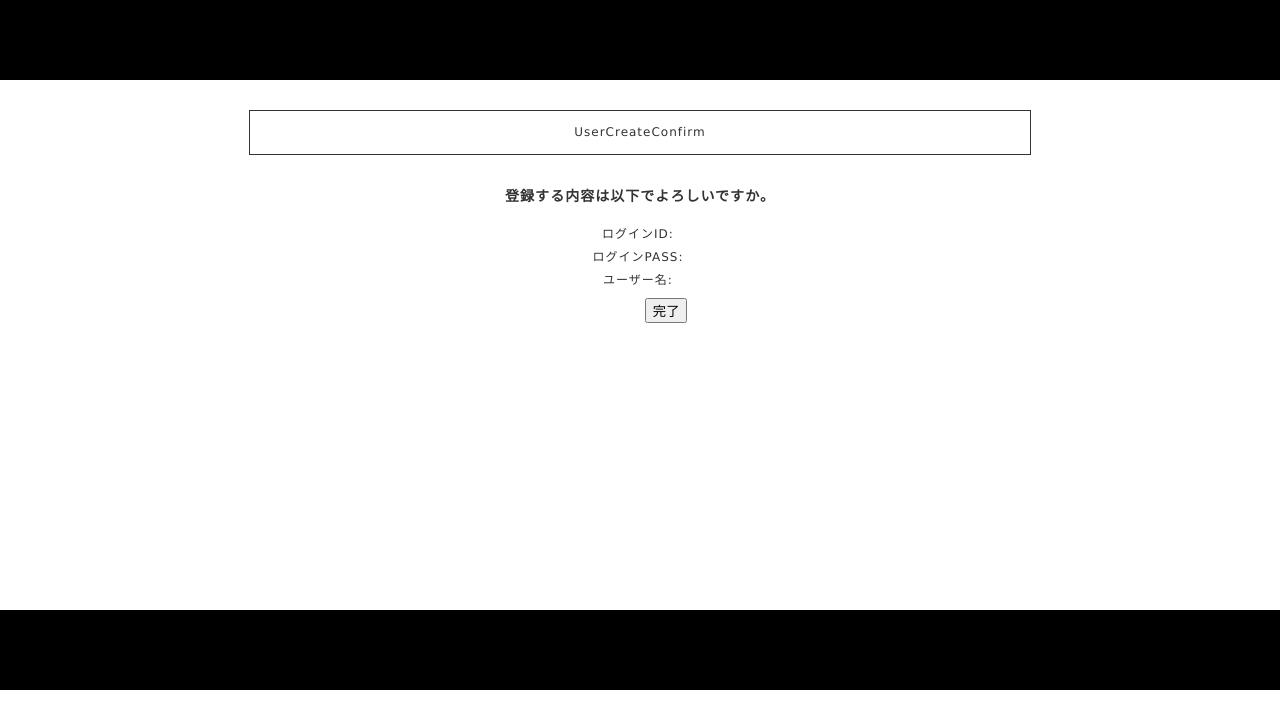
Repository: ryuhei0204/test
Page: http://localhost/ecsite02/buyItemConfirm.jsp
An editor plug-in stored every save of this project. The page is shown before and after the next save, followed by the edit.
The browser window is 1280 px wide. The pictures show the whole page.
The page is served by Tomcat 9. Other server files are loaded and not shown.

Above is the page before, as saved 2019-05-23 05:05:55.

### ecsite02/WebContent/buyItemConfirm.jsp
<%@ page language="java" contentType="text/html; charset=UTF-8"
    pageEncoding="UTF-8"%>
<%@ taglib prefix="s" uri="/struts-tags" %>
<!DOCTYPE html>
<html>
<head>
<meta  http-equiv="Content-Type" content="text/html; charset=UTF-8"/>
<meta  http-equiv="Content-Style-Type" content="text/css"/>
<meta  http-equiv="Content-Script-Type" content="text/javascript"/>
<meta  http-equiv="imagetoolbar" content="no"/>
<meta name="description" content=""/>
<meta name="keywords" content=""/>
<title>UserCreateComfirm画面</title>

<style type="text/css">

  body{
    margin:0;
    padding:0;
    line-height:1.6;
    letter-spacing:1px;
    font-family:Verdana,Helvetica,sans-serif;
    font-size:12px;
    color:#333;
    background:#fff;
  }

  table{
    text-align:center;
    margin:0 auto;
  }


  #top{
    width:780px;
    margin:30px auto;
    border:1px solid #333;
  }

  #header{
    width:100%;
    height:80px;
    background-color:black;
  }

  #main{
    width:100%;
    height:500px;
    text-align:center;
  }

  #footer{
    width:100%;
    height:80px;
    background-color:black;
    clear:both;
  }
  </style>
</head>
<body>
   <div id="header">
      <div id="pr">
      </div>
   </div>
   <div id="main">
      <div id="top">
         <p>UserCreateConfirm</p>
      </div>
      <div>
         <h3>登録する内容は以下でよろしいですか。</h3>
         <table>
            <s:form action="UserCreateCompleteAction">
            <tr id="box">
               <td>
                  <label>ログインID:</label>
               </td>
               <td>
                  <s:property value="loginUserId" escape="false"/>
               </td>
            </tr>
            <tr id="box">
               <td>
                  <label>ログインPASS:</label>
               </td>
               <td>
                  <s:property value="loginPassword" escape="false"/>
               </td>
            </tr>
            <tr id="box">
               <td>
                  <label>ユーザー名:</label>
               </td>
               <td>
                  <s:property value="userName" escape="false"/>
               </td>
            </tr>
            <tr>
               <td>
                  <s:submit value="完了"/>
               </td>
            </tr>
         </s:form>
         </table>
      </div>
   </div>
   <div id="footer">
      <div id="pr">
      </div>
   </div>
</body>
</html>

After the next save:
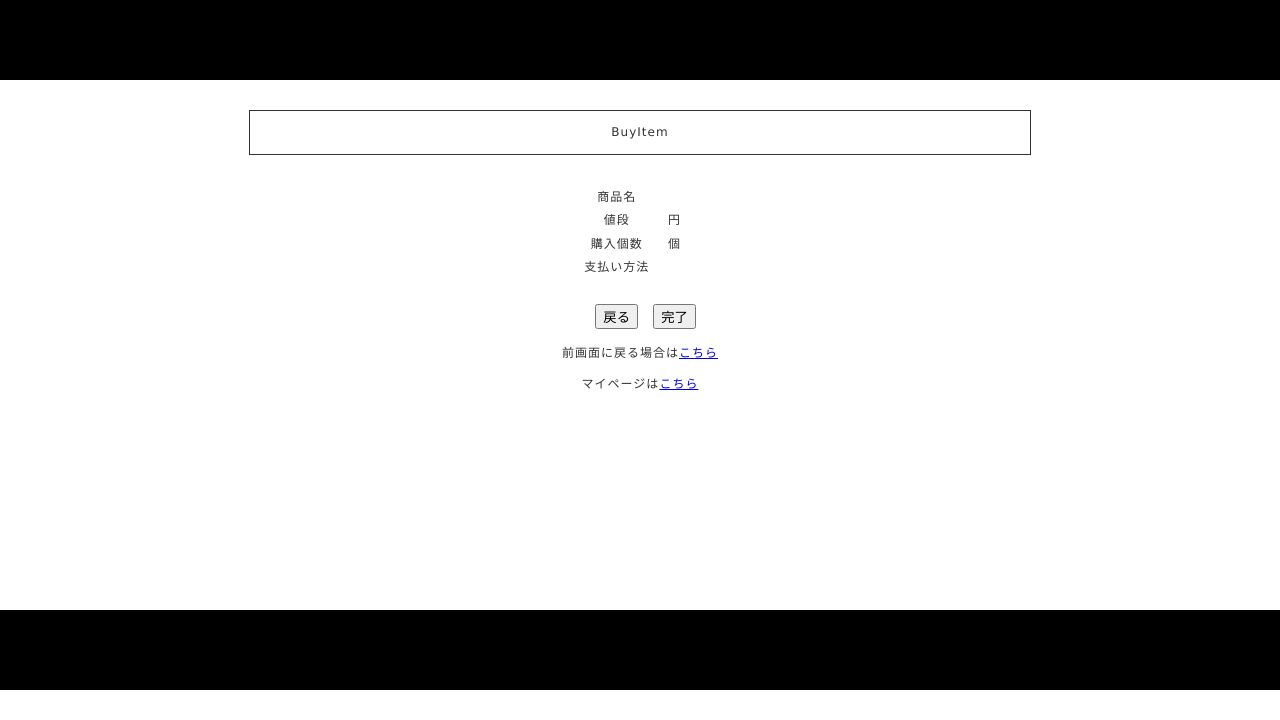
Saved 28 min 55 s later.
--- a/ecsite02/WebContent/buyItemConfirm.jsp
+++ b/ecsite02/WebContent/buyItemConfirm.jsp
@@ -10,7 +10,7 @@
 <meta  http-equiv="imagetoolbar" content="no"/>
 <meta name="description" content=""/>
 <meta name="keywords" content=""/>
-<title>UserCreateComfirm画面</title>
+<title>BuyItemConfirm画面</title>
 
 <style type="text/css">
 
@@ -56,56 +56,59 @@
     clear:both;
   }
   </style>
+  <script type="text/javascript">
+        function submitAction(url){
+        	$('form').attr('action',url);
+        	$('form').submit();
+        }
+  </script>
 </head>
 <body>
-   <div id="header">
-      <div id="pr">
-      </div>
-   </div>
-   <div id="main">
-      <div id="top">
-         <p>UserCreateConfirm</p>
-      </div>
-      <div>
-         <h3>登録する内容は以下でよろしいですか。</h3>
-         <table>
-            <s:form action="UserCreateCompleteAction">
-            <tr id="box">
-               <td>
-                  <label>ログインID:</label>
-               </td>
-               <td>
-                  <s:property value="loginUserId" escape="false"/>
-               </td>
-            </tr>
-            <tr id="box">
-               <td>
-                  <label>ログインPASS:</label>
-               </td>
-               <td>
-                  <s:property value="loginPassword" escape="false"/>
-               </td>
-            </tr>
-            <tr id="box">
-               <td>
-                  <label>ユーザー名:</label>
-               </td>
-               <td>
-                  <s:property value="userName" escape="false"/>
-               </td>
-            </tr>
-            <tr>
-               <td>
-                  <s:submit value="完了"/>
-               </td>
-            </tr>
-         </s:form>
-         </table>
-      </div>
-   </div>
-   <div id="footer">
-      <div id="pr">
-      </div>
-   </div>
+    <div id="header">
+       <div id="pr">
+       </div>
+    </div>
+    <div id="main">
+       <div id="top">
+          <p>BuyItem</p>
+       </div>
+       <div>
+          <s:form>
+             <tr>
+                <td>商品名</td>
+                <td><s:property value="session.buyItem_name"/></td>
+             </tr>
+             <tr>
+                <td>値段</td>
+                <td><s:property value="session.total_price"/><span>円</span></td>
+             </tr>
+             <tr>
+                <td>購入個数</td>
+                <td><s:property value="session.count"/><span>個</span></td>
+             </tr>
+             <tr>
+                <td>支払い方法</td>
+                <td><s:property value="session.pay"/></td>
+             </tr>
+             <tr>
+                <td><br></td>
+             </tr>
+             <tr>
+                <td><input type="button" value="戻る"
+                    onclick="submitAction('HomeAction')"/></td>
+                <td><input type="button" value="完了"
+                    onclick="submitAction('BuyItemConfirmAction')"/></td>
+             </tr>
+          </s:form>
+       </div>
+       <div>
+          <p>前画面に戻る場合は<a href='<s:url action="GoHomeAction"/>'>こちら</a></p>
+          <p>マイページは<a href='<s:url action="MyPageAction"/>'>こちら</a></p>
+       </div>
+    </div>
+    <div id="footer">
+       <div id="pr">
+       </div>
+    </div>
 </body>
 </html>
